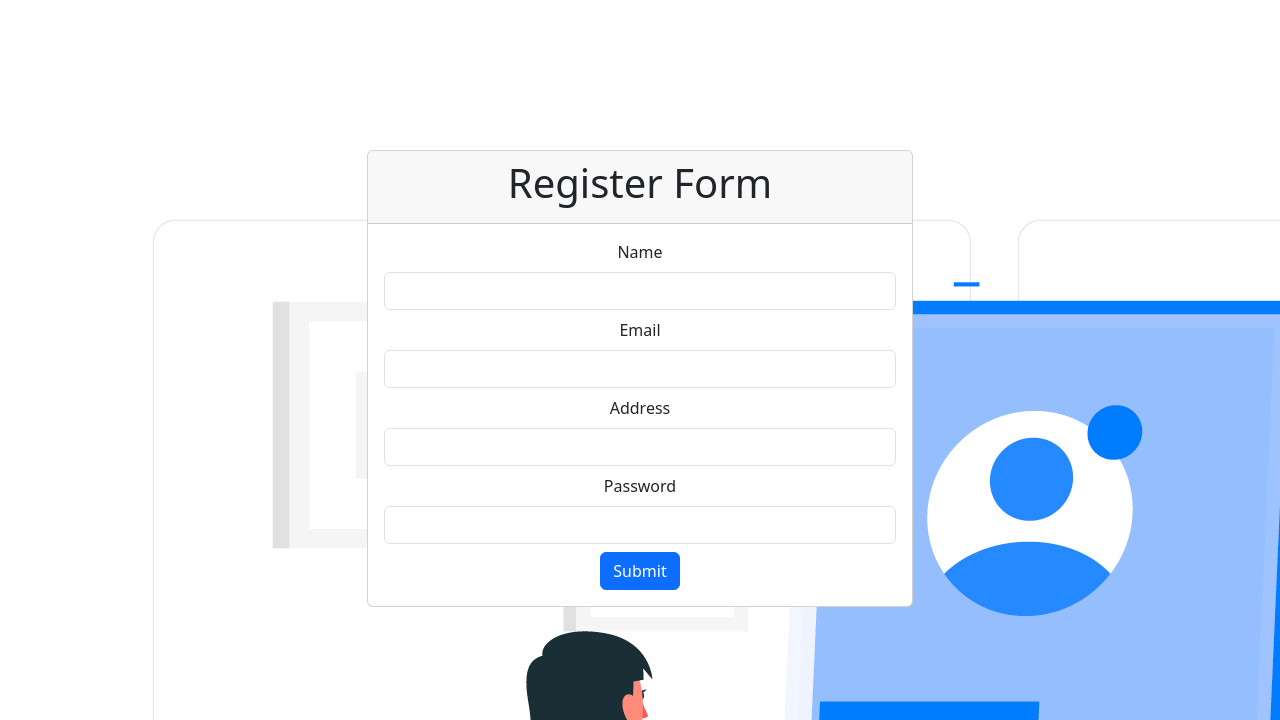
Repository: Laxman-Nath/java-internship
Page: http://localhost/Demo/Register.jsp
These files come from the project's save history. The page is drawn as it stood at one moment and after the next save; the edit follows.
The browser window is 1280 px wide. The pictures show the whole page.
The page is served by Tomcat 9.

Above is the page before, as saved 2024-09-01 10:32:38.

After the next save:
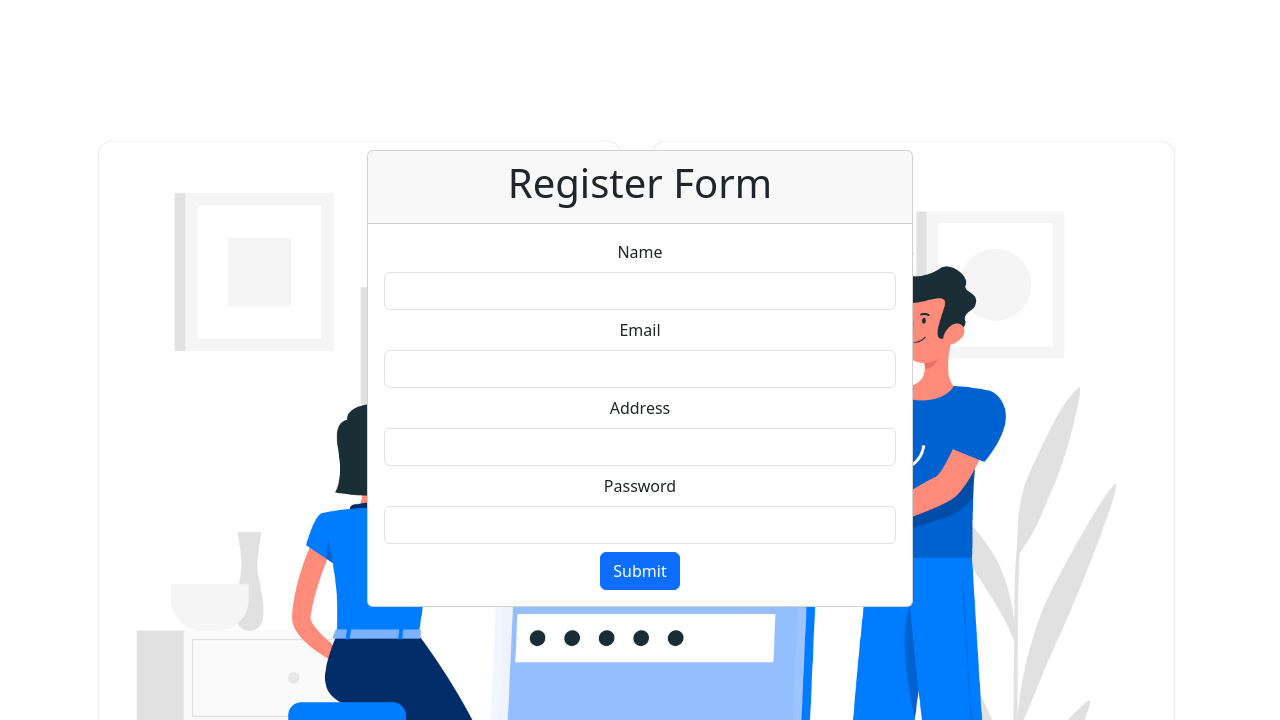
Saved 77 s later.
--- a/Servlet_JSP/Demo/src/main/webapp/Register.jsp
+++ b/Servlet_JSP/Demo/src/main/webapp/Register.jsp
@@ -15,7 +15,7 @@
 	integrity="sha384-QWTKZyjpPEjISv5WaRU9OFeRpok6YctnYmDr5pNlyT2bRjXh0JMhjY6hW+ALEwIH"
 	crossorigin="anonymous">
 </head>
-<body style="background-image:url('img/login.jpg');">
+<body style="background-image:url('img/login.jpg');background-size:cover;">
 	<div class="container" style="margin-top: 150px;">
 		<div class="row">
 			<div class="col-md-6 offset-md-3">
